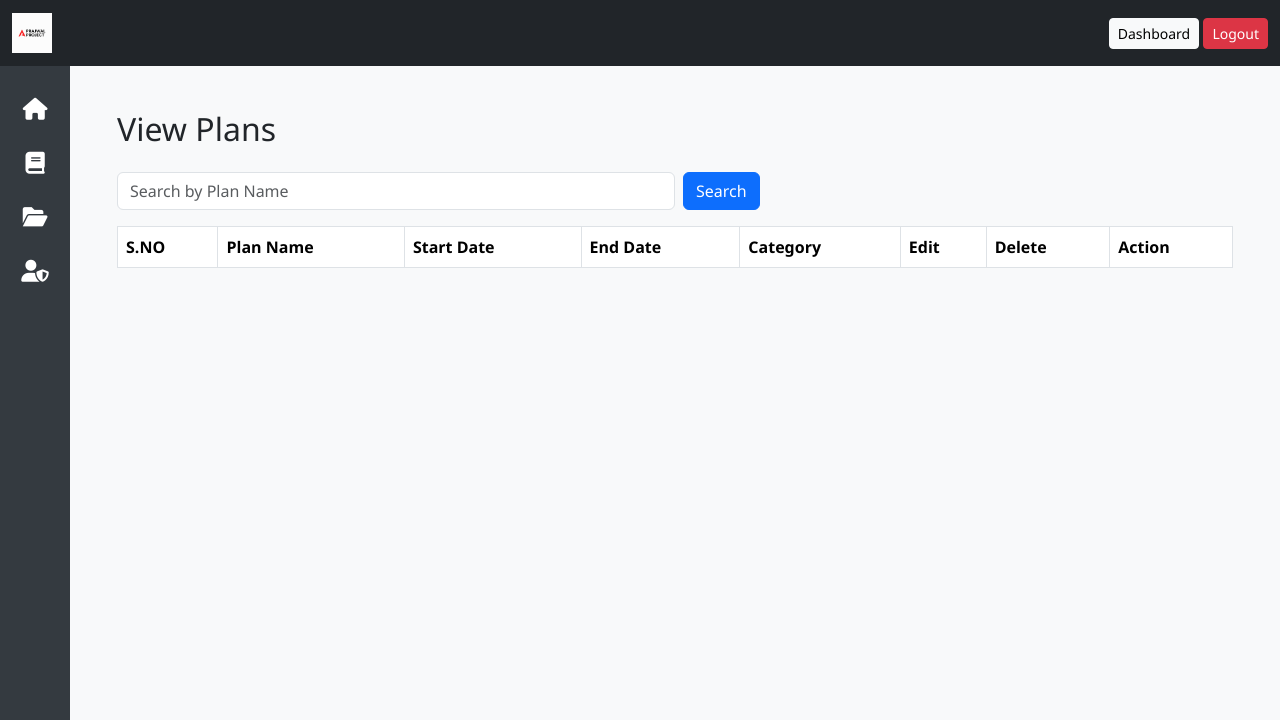
Repository: PRAJWALSINKAR/Spring_boot_Major_Projects
Page: http://localhost/view-plan
These files come from the project's save history. The page is drawn as it stood at one moment and after the next save; the edit follows.
The browser window is 1280 px wide. The pictures show the whole page.
The page is this project's Thymeleaf template; nobody is signed in. The template is opened directly, without the code that normally fills it, so the values that code supplies are empty.

Above is the page before, as saved 2025-08-09 11:08:58.

After the next save:
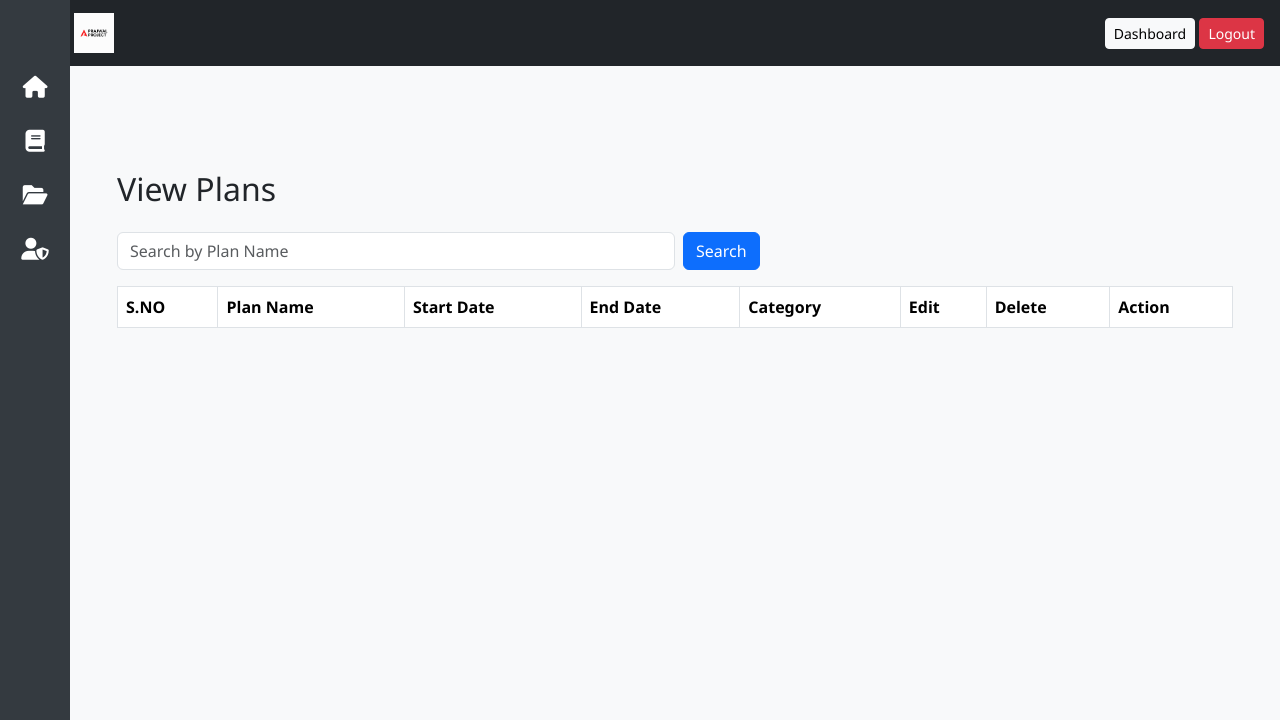
Saved 11 min 0 s later.
--- a/IES-Integrated_Eligibility_system/src/main/resources/templates/view-plan.html
+++ b/IES-Integrated_Eligibility_system/src/main/resources/templates/view-plan.html
@@ -1,5 +1,5 @@
 <!DOCTYPE html>
-<html xmlns:th="http://www.thymeleaf.org">
+<html xmlns:th="http://www.thymeleaf.org" lang="en">
 <head>
 <title>View Plans</title>
 <link rel="stylesheet"
@@ -12,11 +12,16 @@ body { background-color: #f8f9fa; font-family: 'Segoe UI', sans-serif; }
 .navbar-brand img { height: 40px; }
 /* Sidebar & submenu styles */
 .sidebar {
-    width: 70px; height: 100vh; position: fixed;
-    background-color: #343a40; display: flex; flex-direction: column;
-    padding-top: 1rem; z-index: 999;
+    width: 70px;
+    height: 100vh;
+    position: fixed;
+    top: 0; left: 0;
+    background-color: #343a40;
+    display: flex;
+    flex-direction: column;
+    z-index: 999;
 }
-.sidebar ul { list-style: none; margin: 0; padding: 0; }
+.sidebar ul { list-style: none; margin: 0; padding: 60px 0 0 0; /* start below navbar */ }
 .sidebar li { position: relative; }
 .sidebar .nav-link {
     display: flex; justify-content: center; align-items: center;
@@ -24,10 +29,16 @@ body { background-color: #f8f9fa; font-family: 'Segoe UI', sans-serif; }
 }
 .sidebar .nav-link:hover { background-color: #495057; }
 .submenu {
-    display: none; position: fixed; background: #343a40;
-    min-width: 220px; box-shadow: 0 8px 24px rgba(44,62,80,0.2);
-    border-radius: 0 8px 8px 0; overflow: hidden;
-    z-index: 2000; opacity: 0; pointer-events: none;
+    display: none;
+    position: fixed;
+    background: #343a40;
+    min-width: 220px;
+    box-shadow: 0 8px 24px rgba(44,62,80,0.2);
+    border-radius: 0 8px 8px 0;
+    overflow: hidden;
+    z-index: 2000;
+    opacity: 0;
+    pointer-events: none;
 }
 .submenu.show { display: block; opacity: 1; pointer-events: auto; }
 .submenu a {
@@ -36,19 +47,22 @@ body { background-color: #f8f9fa; font-family: 'Segoe UI', sans-serif; }
 }
 .submenu a:last-child { border-bottom: none; }
 .submenu a:hover { background: #495057; }
-main { margin-left: 70px; padding: 20px; }
+main { margin-left: 70px; padding: 20px; padding-top: 80px; /* for navbar spacing */ }
 </style>
 </head>
 <body>
 
 <!-- Navbar -->
-<nav class="navbar navbar-expand-lg navbar-dark bg-dark">
-<div class="container-fluid">
-<a class="navbar-brand" href="#"><img th:src="@{/images/myName-Logo.png}" alt="Logo" width="40" height="40"/></a>
+<nav class="navbar navbar-expand-lg navbar-dark bg-dark px-3">
+<div class="d-flex align-items-center">
+    <!-- Back Button -->
+    <button onclick="history.back()" class="btn btn-outline-light me-3" title="Go Back">&#8592;</button>
+    <!-- Logo -->
+    <a class="navbar-brand" href="#"><img th:src="@{/images/myName-Logo.png}" alt="Logo" width="40" height="40"/></a>
+</div>
 <div class="ms-auto">
     <a href="/dashboard" class="btn btn-light btn-sm">Dashboard</a>
     <a href="/logout" class="btn btn-danger btn-sm">Logout</a>
-</div>
 </div>
 </nav>
 
